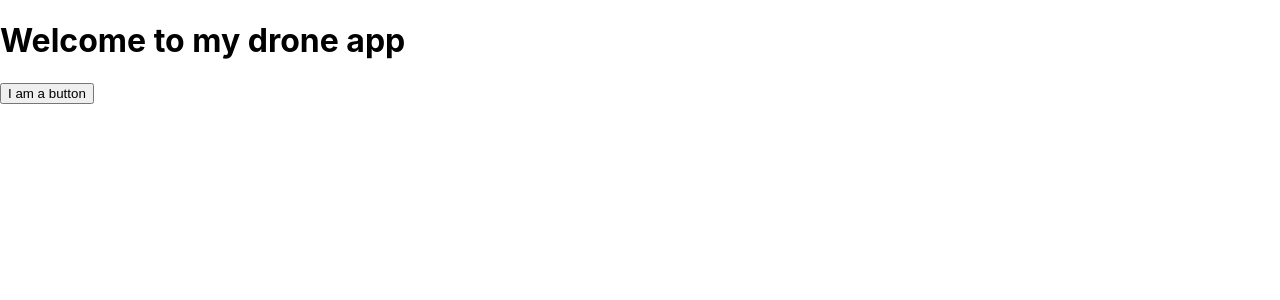
Repository: sedat-akdogan/React_Revision
Page: / (app in sunday/)
An editor plug-in stored every save of this project. The page is shown before and after a run of saves, followed by the edit.
The browser window is 1280 px wide. The pictures show the whole page.
The project was rebuilt for these pictures with package versions that can differ from the ones it lists, and the page was loaded fresh each time. Also part of the build but not shown: sunday/src/App.css.

Above is the page before, as saved 2023-03-25 21:36:49.

After the next 2 saves:
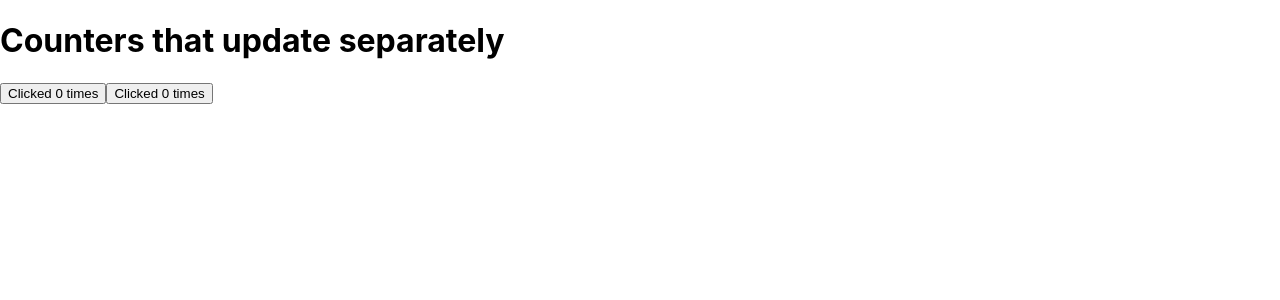
The 2 saves are shown as one change because 1 did not build or start.
The last was saved 12 min 30 s later.
--- a/sunday/src/App.js
+++ b/sunday/src/App.js
@@ -1,18 +1,26 @@
 import './App.css';
+import { useState } from 'react';
+
+export default function MyApp() {
+  return (
+    <div>
+      <h1>Counters that update separately</h1>
+      <MyButton />
+      <MyButton />
+    </div>
+  );
+}
 
 function MyButton() {
-    return (
-        <button>
-            I am a button
-        </button>
-    );
+  const [count, setCount] = useState(0);
+
+  function handleClick() {
+    setCount(count + 1);
+  }
+
+  return (
+    <button onClick={handleClick}>
+      Clicked {count} times
+    </button>
+  );
 }
-
-export default function MyApp() {
-    return (
-        <div>
-            <h1>Welcome to my drone app</h1>
-            <MyButton />
-        </div>
-    );
-}
